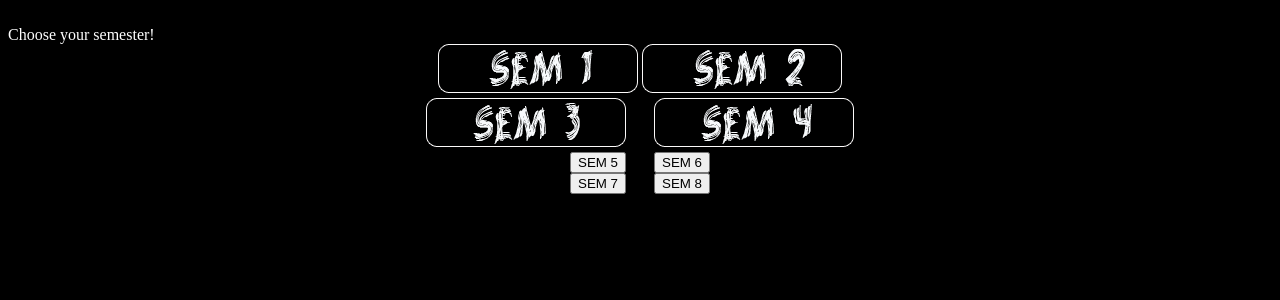
Repository: vigineshs/Mobile-Applications
Page: AnnaUniv GPA Calc/AnnaUniv GPA Calculator Updated/assets/www/reg08ec.html
An editor plug-in stored every save of this project. The page is shown before and after the next save, followed by the edit.
The browser window is 1280 px wide. The pictures show the whole page.

Above is the page before, as saved 2012-05-06 03:26:53.

### AnnaUniv GPA Calc/AnnaUniv GPA Calculator Updated/assets/www/reg08ec.html
<!DOCTYPE HTML>
<html>
<head>
<title>GPA</title>
<script type="text/javascript" charset="utf-8" src="/AnnaUniv GPA Calculator/assets/www/cordova-1.7.0.js"></script>

</head>
<body style="background-color:black; color:white" >
<br /> Choose your semester! <br /> <center>
<a href="ece08sem1.html" onmouseover="document.cont.src='sem1.png'" onclick="document.cont.src='sem1.png'" onMouseOut="document.cont.src='sem11.png'" ><img src="sem11.png" name="cont" border="0" /></a>
<a href="ece08sem2.html" onmouseover="document.conta.src='sem2.png'" onclick="document.conta.src='sem2.png'" onMouseOut="document.conta.src='sem21.png'" ><img src="sem21.png" name="conta" border="0" /></a><br />
<a href="ece08sem3.html" onmouseover="document.conta.src='sem3.png'" onclick="document.conta.src='sem3.png'" onMouseOut="document.conta.src='sem31.png'" ><img src="sem31.png" name="conta" border="0" ></a>&nbsp;&nbsp;&nbsp;&nbsp;&nbsp;&nbsp;
<a href="ece08sem4.html" onmouseover="document.contz.src='sem4.png'" onclick="document.contz.src='sem4.png'" onMouseOut="document.contz.src='sem41.png'" ><img src="sem41.png" name="contz" border="0" /></a><br />
<a href="ece08sem5.html"><input type="button" value="SEM 5" /></a>&nbsp;&nbsp;&nbsp;&nbsp;&nbsp;&nbsp;
<a href="ece08sem6.html"><input type="button" value="SEM 6" /></a><br />
<a href="ece08sem7.html"><input type="button" value="SEM 7" /></a>&nbsp;&nbsp;&nbsp;&nbsp;&nbsp;&nbsp;
<a href="ece08sem8.html"><input type="button" value="SEM 8" /></a><br />
</center>
</body>
</html>

Loaded but not shown: AnnaUniv GPA Calc/AnnaUniv GPA Calculator Updated/assets/www/cordova-1.7.0.js (library)

After the next save:
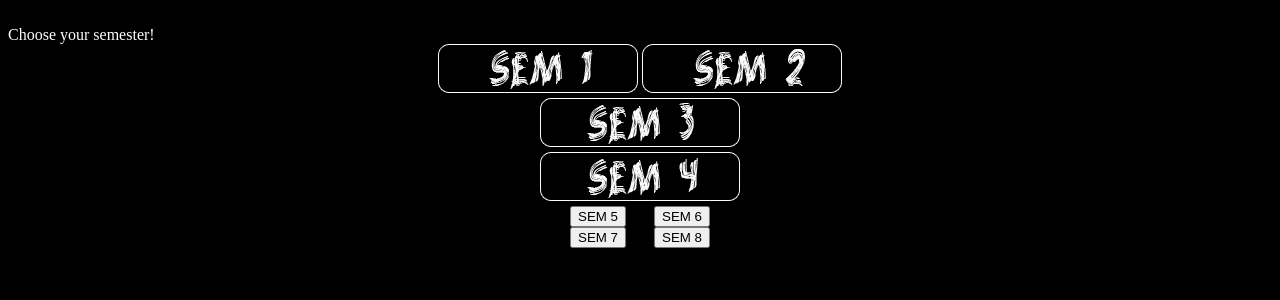
Saved 33 s later.
--- a/AnnaUniv GPA Calc/AnnaUniv GPA Calculator Updated/assets/www/reg08ec.html
+++ b/AnnaUniv GPA Calc/AnnaUniv GPA Calculator Updated/assets/www/reg08ec.html
@@ -9,7 +9,7 @@
 <br /> Choose your semester! <br /> <center>
 <a href="ece08sem1.html" onmouseover="document.cont.src='sem1.png'" onclick="document.cont.src='sem1.png'" onMouseOut="document.cont.src='sem11.png'" ><img src="sem11.png" name="cont" border="0" /></a>
 <a href="ece08sem2.html" onmouseover="document.conta.src='sem2.png'" onclick="document.conta.src='sem2.png'" onMouseOut="document.conta.src='sem21.png'" ><img src="sem21.png" name="conta" border="0" /></a><br />
-<a href="ece08sem3.html" onmouseover="document.conta.src='sem3.png'" onclick="document.conta.src='sem3.png'" onMouseOut="document.conta.src='sem31.png'" ><img src="sem31.png" name="conta" border="0" ></a>&nbsp;&nbsp;&nbsp;&nbsp;&nbsp;&nbsp;
+<a href="ece08sem3.html" onmouseover="document.conts.src='sem3.png'" onclick="document.conts.src='sem3.png'" onMouseOut="document.conts.src='sem31.png'" ><img src="sem31.png" name="conts" border="0" /></a><br />
 <a href="ece08sem4.html" onmouseover="document.contz.src='sem4.png'" onclick="document.contz.src='sem4.png'" onMouseOut="document.contz.src='sem41.png'" ><img src="sem41.png" name="contz" border="0" /></a><br />
 <a href="ece08sem5.html"><input type="button" value="SEM 5" /></a>&nbsp;&nbsp;&nbsp;&nbsp;&nbsp;&nbsp;
 <a href="ece08sem6.html"><input type="button" value="SEM 6" /></a><br />
